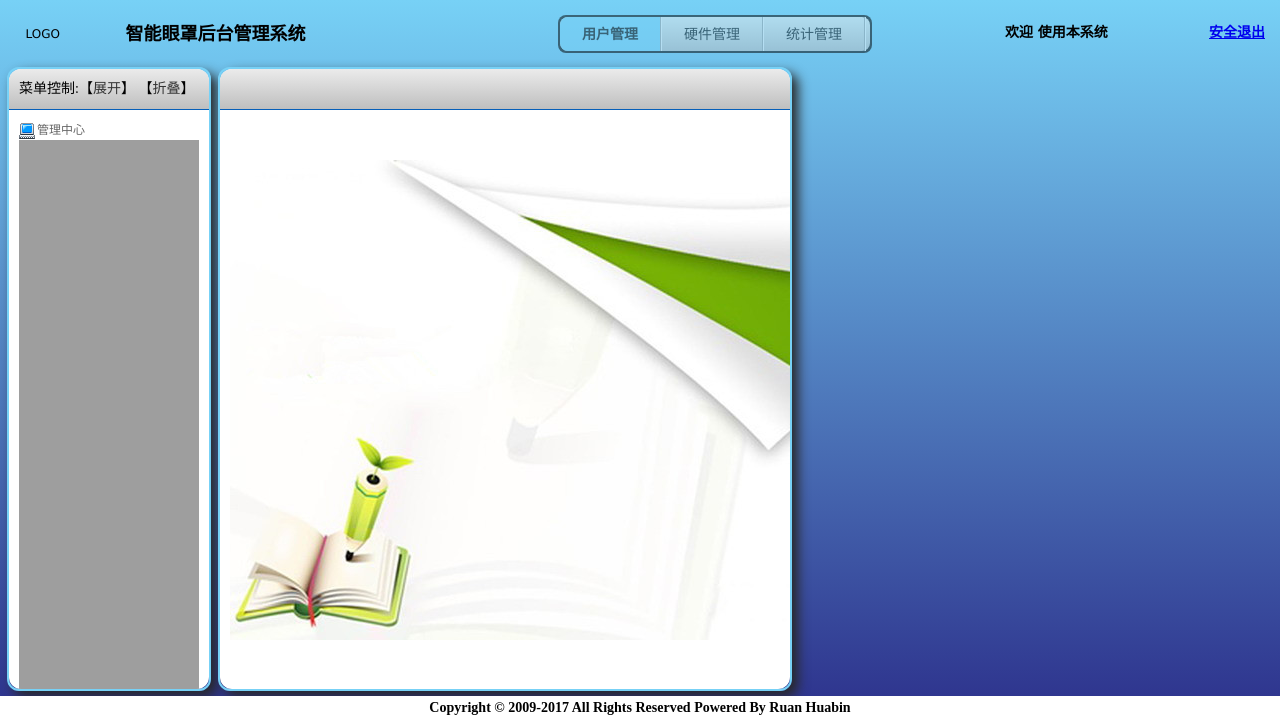
Repository: ruanhuabin/IntelliEyeShade
Page: http://localhost/IntelliEyeShade/admin/admin_login_success.jsp
These files come from the project's save history. The page is drawn as it stood at one moment and after the next save; the edit follows.
The browser window is 1280 px wide. The pictures show the whole page.
The page is served by Tomcat 9. Nobody is signed in. The application's start-up code is not run.

Above is the page before, as saved 2016-12-06 09:54:03.

After the next save:
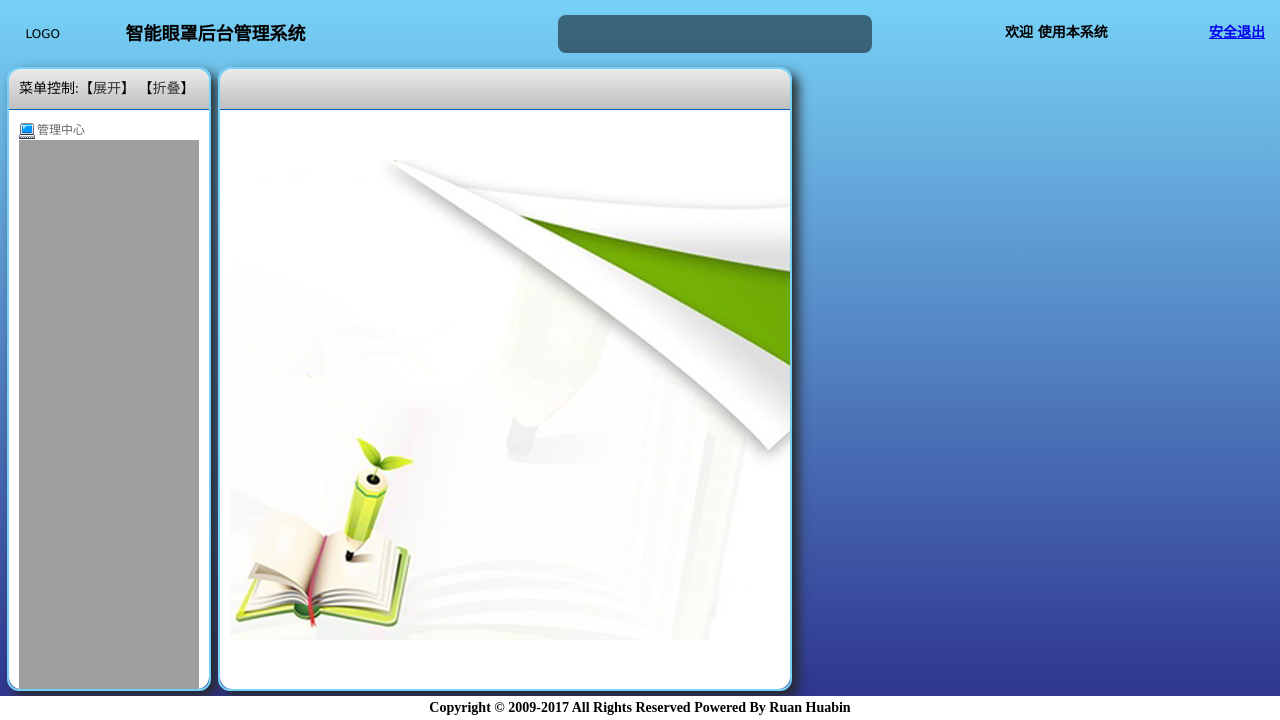
Saved 6 min 1 s later.
--- a/IntelliEyeShade/WebRoot/admin/admin_login_success.jsp
+++ b/IntelliEyeShade/WebRoot/admin/admin_login_success.jsp
@@ -17,17 +17,17 @@ String basePath = request.getScheme()+"://"+request.getServerName()+":"+request.
 		<div id="logo">LOGO</div>
 		<div id="title">智能眼罩后台管理系统</div>
 		<div id="menu" style="left: 858px; width: 314px;">
-			<div id="menu_container">
-				<ul id="menu_items">
-					<li class="menu_item on" style="border-radius:8px 0 0 8px" onmouseout="this.style.backgroundColor=''" onmouseover="this.style.backgroundColor='#77D1F6';this.style.borderRadius='8px 0 0 8px'"><a>用户管理</a></li>
-					<li class="menu_item" onmouseout="this.style.backgroundColor='';this.style.fontWeight='normal'" onmouseover="this.style.backgroundColor='#77D1F6';this.style.fontWeight='bold'"><a>硬件管理</a></li>
-					<li class="menu_item" onmouseout="this.style.backgroundColor='';this.style.fontWeight='normal'" onmouseover="this.style.backgroundColor='#77D1F6';this.style.fontWeight='bold'"><a>统计管理</a></li>
-					<!-- <li class="menu_item" onmouseout="this.style.backgroundColor='';this.style.fontWeight='normal'" onmouseover="this.style.backgroundColor='#77D1F6';this.style.fontWeight='bold'"><a>网盘管理</a></li>
-					<li class="menu_item" onmouseout="this.style.backgroundColor='';this.style.fontWeight='normal'" onmouseover="this.style.backgroundColor='#77D1F6';this.style.fontWeight='bold'"><a>相册管理</a></li>
-					 <li class="menu_item" style="border-radius:8px 0 0 8px;border:0px;" onmouseout="this.style.backgroundColor='';this.style.fontWeight='normal'" onmouseover="this.style.backgroundColor='#77D1F6';this.style.borderRadius='0 8px 8px 0';this.style.fontWeight='bold'"><a>邮件管理</a></li>
-					-->
-				</ul>
-			</div>
+<!-- 			<div id="menu_container"> -->
+<!-- 				<ul id="menu_items"> -->
+<!-- 					<li class="menu_item on" style="border-radius:8px 0 0 8px" onmouseout="this.style.backgroundColor=''" onmouseover="this.style.backgroundColor='#77D1F6';this.style.borderRadius='8px 0 0 8px'"><a>用户管理</a></li> -->
+<!-- 					<li class="menu_item" onmouseout="this.style.backgroundColor='';this.style.fontWeight='normal'" onmouseover="this.style.backgroundColor='#77D1F6';this.style.fontWeight='bold'"><a>硬件管理</a></li> -->
+<!-- 					<li class="menu_item" onmouseout="this.style.backgroundColor='';this.style.fontWeight='normal'" onmouseover="this.style.backgroundColor='#77D1F6';this.style.fontWeight='bold'"><a>统计管理</a></li> -->
+<!-- 					<li class="menu_item" onmouseout="this.style.backgroundColor='';this.style.fontWeight='normal'" onmouseover="this.style.backgroundColor='#77D1F6';this.style.fontWeight='bold'"><a>网盘管理</a></li>
+<!-- 					<li class="menu_item" onmouseout="this.style.backgroundColor='';this.style.fontWeight='normal'" onmouseover="this.style.backgroundColor='#77D1F6';this.style.fontWeight='bold'"><a>相册管理</a></li> -->
+<!-- 					 <li class="menu_item" style="border-radius:8px 0 0 8px;border:0px;" onmouseout="this.style.backgroundColor='';this.style.fontWeight='normal'" onmouseover="this.style.backgroundColor='#77D1F6';this.style.borderRadius='0 8px 8px 0';this.style.fontWeight='bold'"><a>邮件管理</a></li> -->
+<!-- 					--> -->
+<!-- 				</ul> -->
+<!-- 			</div> -->
 		</div>
 		<div id="user_info">
 			<div id="welcome">欢迎 ${sessionScope.loginUserName} 使用本系统</div>
